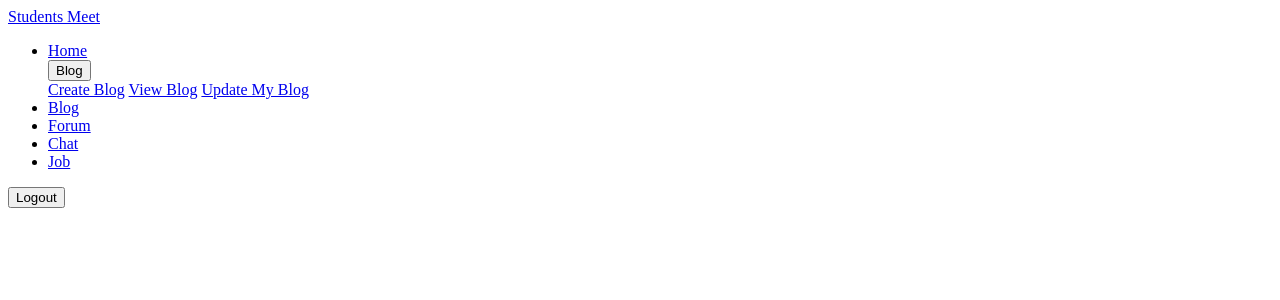
Repository: JamesArul/CLBSiteSTMT
Page: StudentsMeetFrontEnd/WebContent/Headers/UserHeader.html
An editor plug-in stored every save of this project. The page is shown before and after the next save, followed by the edit.
The browser window is 1280 px wide. The pictures show the whole page.

Above is the page before, as saved 2017-05-31 17:29:10.

### StudentsMeetFrontEnd/WebContent/Headers/UserHeader.html
<div ng-controller="UserController as ctrl">
<nav class="navbar navbar-default">
<div class="container-fluid">
  <div class="navbar-header">
     <a class="navbar-brand" href="#">Students Meet</a>
  </div>
  <ul class="nav navbar-nav">
      <li class="active"><a href="#!/goUserHome">Home</a></li>
      <div class="dropdown">
      <button class="dropbtn">Blog</button>
    	<div class="dropdown-content">
      	 <a href="#">Create Blog</a>
      	 <a href="#">View Blog</a>
     	 <a href="#">Update My Blog</a>
    	</div>
      </div>
      <li><a href="#!/goRegister">Blog</a></li>
      <li><a href="#!/goLogin">Forum</a></li>
      <li><a href="#!/goLogin">Chat</a></li>
      <li><a href="#!/goLogin">Job</a></li>
   </ul>
    <button class="btn btn-danger navbar-btn" ng-click="ctrl.logout()">Logout</button>
</div>
</nav>
</div>

After the next save:
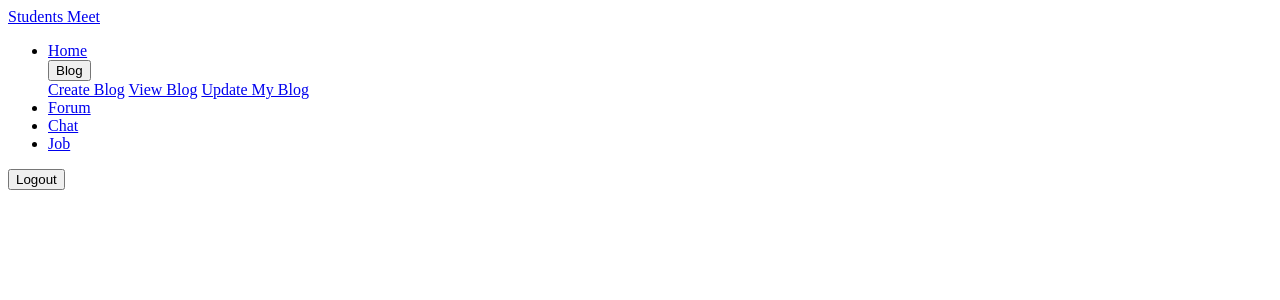
Saved 68 s later.
--- a/StudentsMeetFrontEnd/WebContent/Headers/UserHeader.html
+++ b/StudentsMeetFrontEnd/WebContent/Headers/UserHeader.html
@@ -14,7 +14,6 @@
      	 <a href="#">Update My Blog</a>
     	</div>
       </div>
-      <li><a href="#!/goRegister">Blog</a></li>
       <li><a href="#!/goLogin">Forum</a></li>
       <li><a href="#!/goLogin">Chat</a></li>
       <li><a href="#!/goLogin">Job</a></li>
